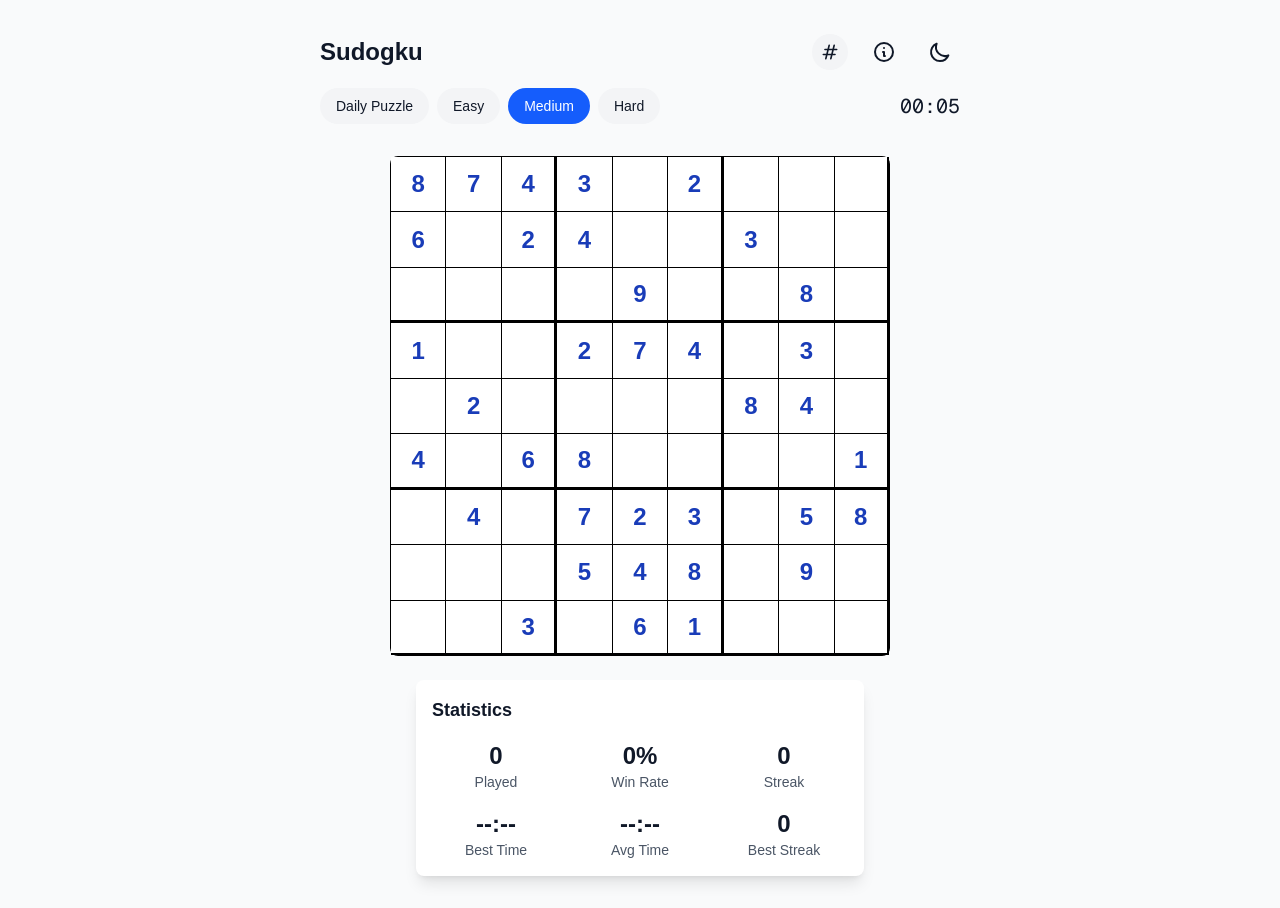
Repository: JavierSilvaF/sudogku
Page: / (app in sudogku-app/)
The author's editor kept a copy of each file at every save. The page is drawn from the files as they stood at one save, then again after the next save.
The browser window is 1280 px wide. The pictures show the whole page.
The project was rebuilt for these pictures with package versions that can differ from the ones it lists, and the page was loaded fresh each time. The framework's server and built-in components were replaced by stand-ins that run in the browser. Also part of the build but not shown: sudogku-app/next.config.mjs, sudogku-app/next.config.ts.

Above is the page before, as saved 2025-04-06 03:22:21.

### sudogku-app/src/app/page.tsx
'use client'

import { ThemeProvider } from 'next-themes'
import { GameProvider } from '@/context/GameContext'
import Header from '@/components/Header'
import GameBoard from '@/components/GameBoard'
import NumberPad from '@/components/NumberPad'
import Victory from '@/components/Victory'
import Stats from '@/components/Stats'

export default function Home() {
  return (
    <ThemeProvider attribute='class'>
      <GameProvider>
        <div className='min-h-screen bg-gray-50 dark:bg-gray-900 text-gray-900 dark:text-gray-50'>
          <div className='max-w-2xl mx-auto px-4 py-8 pb-32 sm:pb-8'>
            <Header />
            <main className='flex flex-col items-center gap-6'>
              <GameBoard />
              <Stats />
            </main>
          </div>
          <NumberPad />
          <Victory />
        </div>
      </GameProvider>
    </ThemeProvider>
  )
}

### sudogku-app/src/context/GameContext.tsx
import {
  createContext,
  useContext,
  useState,
  useEffect,
  ReactNode,
} from 'react'
import { SudokuGenerator, SudokuSolver } from '@/utils/sudoku'
import { generateDailyPuzzle, getDailyPuzzleSeed } from '@/utils/dailyPuzzle'

type GameMode = 'easy' | 'medium' | 'hard'
type CellValue = number | null
type PencilMarks = Set<number>
export type DisplayMode = 'numbers' | 'dogs'

export interface GameStats {
  completedPuzzles: number
  totalTime: number
  averageTime: number
}

export interface GameContextType {
  board: (number | null)[][]
  initialBoard: (number | null)[][]
  solution: (number | null)[][]
  pencilMarks: Map<string, Set<number>>
  gameMode: GameMode
  timer: number
  isComplete: boolean
  isPaused: boolean
  isDailyPuzzle: boolean
  displayMode: DisplayMode
  selectedCell: [number, number] | null
  setSelectedCell: (cell: [number, number] | null) => void
  setGameMode: (mode: GameMode) => void
  setCellValue: (row: number, col: number, value: number | null) => void
  togglePencilMark: (row: number, col: number, value: number) => void
  checkSolution: () => boolean
  revealSolution: () => void
  resetGame: () => void
  switchToDaily: () => void
  switchToRandom: () => void
  toggleDisplayMode: () => void
  isPencilMode: boolean
  togglePencilMode: () => void
  showVictory: boolean
  stats: GameStats
  setShowVictory: (show: boolean) => void
}

const GameContext = createContext<GameContextType | null>(null)

export function GameProvider({ children }: { children: ReactNode }) {
  const [board, setBoard] = useState<(number | null)[][]>(
    Array(9)
      .fill(null)
      .map(() => Array(9).fill(null))
  )
  const [initialBoard, setInitialBoard] = useState<(number | null)[][]>(
    Array(9)
      .fill(null)
      .map(() => Array(9).fill(null))
  )
  const [solution, setSolution] = useState<(number | null)[][]>(
    Array(9)
      .fill(null)
      .map(() => Array(9).fill(null))
  )
  const [pencilMarks, setPencilMarks] = useState<Map<string, Set<number>>>(
    new Map()
  )
  const [gameMode, setGameMode] = useState<GameMode>('medium')
  const [timer, setTimer] = useState(0)
  const [isComplete, setIsComplete] = useState(false)
  const [isPaused, setIsPaused] = useState(false)
  const [isDailyPuzzle, setIsDailyPuzzle] = useState(false)
  const [selectedCell, setSelectedCell] = useState<[number, number] | null>(
    null
  )
  const [displayMode, setDisplayMode] = useState<DisplayMode>('numbers')
  const [isPencilMode, setIsPencilMode] = useState(false)
  const [showVictory, setShowVictory] = useState(false)
  const [stats, setStats] = useState<GameStats>({
    completedPuzzles: 0,
    totalTime: 0,
    averageTime: 0,
  })

  useEffect(() => {
    // Load game state from localStorage
    const savedState = localStorage.getItem('sudogku-game')
    if (savedState) {
      const { board, initialBoard, solution, pencilMarks, gameMode, timer } =
        JSON.parse(savedState)
      setBoard(board)
      setInitialBoard(initialBoard)
      setSolution(solution)
      setPencilMarks(new Map(pencilMarks))
      setGameMode(gameMode)
      setTimer(timer)
    } else {
      generateNewPuzzle(gameMode)
    }
  }, [])

  useEffect(() => {
    let interval: NodeJS.Timeout
    if (!isPaused && !isComplete) {
      interval = setInterval(() => {
        setTimer((prev) => prev + 1)
      }, 1000)
    }
    return () => clearInterval(interval)
  }, [isPaused, isComplete])

  const generateNewPuzzle = (mode: GameMode) => {
    const generator = new SudokuGenerator()
    const { puzzle, solution } = generator.generate(mode)
    setBoard(puzzle)
    setInitialBoard(puzzle)
    setSolution(solution)
    setPencilMarks(new Map())
    setTimer(0)
    setIsComplete(false)
    setIsPaused(false)
  }

  // Check if the puzzle is complete and correct
  const checkPuzzleCompletion = (currentBoard: (number | null)[][]) => {
    // First check if all cells are filled
    if (!SudokuSolver.isSolved(currentBoard)) return false

    // Then check if the solution matches
    for (let row = 0; row < 9; row++) {
      for (let col = 0; col < 9; col++) {
        if (currentBoard[row][col] !== solution[row][col]) {
          return false
        }
      }
    }
    return true
  }

  const setCellValue = (row: number, col: number, value: number | null) => {
    if (initialBoard[row][col] !== null) return

    setBoard((prev) => {
      const newBoard = prev.map((r) => [...r])
      newBoard[row][col] = value

      // Check if puzzle is complete with the new board state
      if (checkPuzzleCompletion(newBoard)) {
        setIsComplete(true)
        setShowVictory(true)
        updateStats()
      }

      return newBoard
    })

    // Remove pencil marks for this cell
    if (value !== null) {
      setPencilMarks((prev) => {
        const next = new Map(prev)
        next.delete(`${row}-${col}`)
        return next
      })
    }
  }

  const togglePencilMark = (row: number, col: number, value: number) => {
    if (initialBoard[row][col] !== null || board[row][col] !== null) return

    setPencilMarks((prev) => {
      const next = new Map(prev)
      const key = `${row}-${col}`
      const currentMarks = prev.get(key) || new Set()
      if (currentMarks.has(value)) {
        currentMarks.delete(value)
      } else {
        currentMarks.add(value)
      }
      next.set(key, currentMarks)
      return next
    })
  }

  const checkSolution = () => {
    return checkPuzzleCompletion(board)
  }

  const revealSolution = () => {
    setBoard(solution.map((row) => [...row]))
    setIsComplete(true)
    updateStats(false)
  }

  const resetGame = () => {
    setBoard(initialBoard.map((row) => [...row]))
    setPencilMarks(new Map())
    setTimer(0)
    setIsComplete(false)
    setIsPaused(false)
  }

  const updateStats = (won: boolean = true) => {
    const savedStats = localStorage.getItem('sudogku-stats')
    const stats = savedStats
      ? JSON.parse(savedStats)
      : {
          gamesPlayed: 0,
          gamesWon: 0,
          currentStreak: 0,
          bestStreak: 0,
          averageTime: 0,
          bestTime: 0,
        }

    stats.gamesPlayed++
    if (won) {
      stats.gamesWon++
      stats.currentStreak++
      stats.bestStreak = Math.max(stats.bestStreak, stats.currentStreak)
      stats.bestTime =
        stats.bestTime === 0 ? timer : Math.min(stats.bestTime, timer)
      stats.averageTime = Math.round(
        (stats.averageTime * (stats.gamesWon - 1) + timer) / stats.gamesWon
      )
    } else {
      stats.currentStreak = 0
    }

    localStorage.setItem('sudogku-stats', JSON.stringify(stats))
  }

  // Save game state to localStorage whenever it changes
  useEffect(() => {
    localStorage.setItem(
      'sudogku-game',
      JSON.stringify({
        board,
        initialBoard,
        solution,
        pencilMarks: Array.from(pencilMarks.entries()),
        gameMode,
        timer,
      })
    )
  }, [board, initialBoard, solution, pencilMarks, gameMode, timer])

  const switchToDaily = () => {
    const lastPlayedDaily = localStorage.getItem('sudogku-last-daily')
    const currentSeed = getDailyPuzzleSeed()

    if (lastPlayedDaily === currentSeed) {
      // Load saved daily progress
      const savedDaily = localStorage.getItem('sudogku-daily-progress')
      if (savedDaily) {
        const { board, solution } = JSON.parse(savedDaily)
        setBoard(board)
        setSolution(solution)
        setInitialBoard(board)
        return
      }
    }

    // Generate new daily puzzle
    const { puzzle, solution } = generateDailyPuzzle()
    setBoard(puzzle)
    setInitialBoard(puzzle)
    setSolution(solution)
    setPencilMarks(new Map())
    setTimer(0)
    setIsComplete(false)
    setIsPaused(false)
    setIsDailyPuzzle(true)

    localStorage.setItem('sudogku-last-daily', currentSeed)
    localStorage.setItem(
      'sudogku-daily-progress',
      JSON.stringify({ board: puzzle, solution })
    )
  }

  const switchToRandom = () => {
    setIsDailyPuzzle(false)
    generateNewPuzzle(gameMode)
  }

  const toggleDisplayMode = () => {
    setDisplayMode((prev) => (prev === 'numbers' ? 'dogs' : 'numbers'))
  }

  const togglePencilMode = () => {
    setIsPencilMode((prev) => !prev)
  }

  const value: GameContextType = {
    board,
    initialBoard,
    solution,
    pencilMarks,
    gameMode,
    timer,
    isComplete,
    isPaused,
    isDailyPuzzle,
    displayMode,
    selectedCell,
    setSelectedCell,
    setGameMode,
    setCellValue,
    togglePencilMark,
    checkSolution,
    revealSolution,
    resetGame,
    switchToDaily,
    switchToRandom,
    toggleDisplayMode,
    isPencilMode,
    togglePencilMode,
    showVictory,
    stats,
    setShowVictory,
  }

  return <GameContext.Provider value={value}>{children}</GameContext.Provider>
}

export function useGame() {
  const context = useContext(GameContext)
  if (!context) {
    throw new Error('useGame must be used within a GameProvider')
  }
  return context
}

### sudogku-app/src/components/NumberPad.tsx
import { motion } from 'framer-motion'
import { useGame } from '@/context/GameContext'
import { DogImage } from '@/utils/dogImages'

export default function NumberPad() {
  const {
    selectedCell,
    setCellValue,
    togglePencilMark,
    isPencilMode,
    displayMode,
  } = useGame()

  const handleNumberClick = (number: number) => {
    if (!selectedCell) return

    if (isPencilMode) {
      togglePencilMark(selectedCell[0], selectedCell[1], number)
    } else {
      setCellValue(selectedCell[0], selectedCell[1], number)
    }
  }

  const handleErase = () => {
    if (!selectedCell) return
    setCellValue(selectedCell[0], selectedCell[1], null)
  }

  return (
    <div className='fixed bottom-0 left-0 right-0 bg-white dark:bg-gray-800 p-4 shadow-lg sm:hidden'>
      <div className='max-w-md mx-auto'>
        <div className='grid grid-cols-5 gap-2 mb-4'>
          {[1, 2, 3, 4, 5, 6, 7, 8, 9].map((number) => (
            <motion.button
              key={number}
              className='aspect-square w-full flex items-center justify-center bg-gray-100 dark:bg-gray-700 rounded-lg'
              onClick={() => handleNumberClick(number)}
              whileTap={{ scale: 0.95 }}
            >
              {displayMode === 'dogs' ? (
                <div className='w-full h-full flex items-center justify-center'>
                  <DogImage number={number} />
                </div>
              ) : (
                <span className='text-xl font-bold'>{number}</span>
              )}
            </motion.button>
          ))}
        </div>

        <div className='flex justify-center gap-2'>
          <motion.button
            className={`px-4 py-2 rounded-lg flex items-center gap-2 ${
              isPencilMode
                ? 'bg-blue-600 text-white'
                : 'bg-gray-100 dark:bg-gray-700'
            }`}
            onClick={() => {}}
            whileTap={{ scale: 0.95 }}
          >
            <svg
              className='w-5 h-5'
              fill='none'
              stroke='currentColor'
              viewBox='0 0 24 24'
            >
              <path
                strokeLinecap='round'
                strokeLinejoin='round'
                strokeWidth={2}
                d='M15.232 5.232l3.536 3.536m-2.036-5.036a2.5 2.5 0 113.536 3.536L6.5 21.036H3v-3.572L16.732 3.732z'
              />
            </svg>
            Pencil
          </motion.button>
          <motion.button
            className='px-4 py-2 rounded-lg bg-red-500 text-white font-medium flex items-center gap-2'
            onClick={handleErase}
            whileTap={{ scale: 0.95 }}
          >
            <svg
              className='w-5 h-5'
              fill='none'
              stroke='currentColor'
              viewBox='0 0 24 24'
            >
              <path
                strokeLinecap='round'
                strokeLinejoin='round'
                strokeWidth={2}
                d='M19 7l-.867 12.142A2 2 0 0116.138 21H7.862a2 2 0 01-1.995-1.858L5 7m5 4v6m4-6v6m1-10V4a1 1 0 00-1-1h-4a1 1 0 00-1 1v3M4 7h16'
              />
            </svg>
            Erase
          </motion.button>
        </div>
      </div>
    </div>
  )
}

### sudogku-app/src/components/Victory.tsx
import { motion, AnimatePresence } from 'framer-motion'
import { useGame } from '@/context/GameContext'
import { useState } from 'react'
import { DogImage } from '@/utils/dogImages'

export default function Victory() {
  const {
    board,
    solution,
    displayMode,
    timer,
    resetGame,
    showVictory,
    setShowVictory,
  } = useGame()
  const [showResults, setShowResults] = useState(false)

  const handleViewResults = () => {
    setShowResults(true)
    setTimeout(() => {
      setShowVictory(false)
    }, 300)
  }

  const formatTime = (seconds: number) => {
    const mins = Math.floor(seconds / 60)
    const secs = seconds % 60
    return `${mins}:${secs.toString().padStart(2, '0')}`
  }

  return (
    <AnimatePresence>
      {showVictory && !showResults && (
        <motion.div
          initial={{ opacity: 0 }}
          animate={{ opacity: 1 }}
          exit={{ opacity: 0 }}
          className='fixed inset-0 bg-black bg-opacity-50 flex items-center justify-center z-50 p-4'
        >
          <motion.div
            initial={{ scale: 0.9, opacity: 0 }}
            animate={{ scale: 1, opacity: 1 }}
            exit={{ scale: 0.9, opacity: 0 }}
            className='bg-white dark:bg-gray-800 rounded-lg p-6 max-w-md w-full shadow-xl'
          >
            <h2 className='text-2xl font-bold text-center mb-4'>
              Puzzle Complete!
            </h2>
            <p className='text-center mb-6'>
              Congratulations! You've completed the puzzle in{' '}
              {formatTime(timer)}.
            </p>

            <div className='flex flex-col gap-4'>
              <motion.button
                className='w-full p-4 bg-blue-500 text-white rounded-lg shadow-md'
                onClick={handleViewResults}
                whileTap={{ scale: 0.95 }}
              >
                View Results
              </motion.button>
              <motion.button
                className='w-full p-4 bg-gray-200 dark:bg-gray-700 rounded-lg shadow-md'
                onClick={resetGame}
                whileTap={{ scale: 0.95 }}
              >
                Play Again
              </motion.button>
            </div>
          </motion.div>
        </motion.div>
      )}
    </AnimatePresence>
  )
}

### sudogku-app/src/components/Stats.tsx
import { useState, useEffect } from 'react'
import { motion } from 'framer-motion'

interface Statistics {
  gamesPlayed: number
  gamesWon: number
  currentStreak: number
  bestStreak: number
  averageTime: number
  bestTime: number
}

export default function Stats() {
  const [stats, setStats] = useState<Statistics>({
    gamesPlayed: 0,
    gamesWon: 0,
    currentStreak: 0,
    bestStreak: 0,
    averageTime: 0,
    bestTime: 0,
  })

  useEffect(() => {
    // Load stats from localStorage
    const savedStats = localStorage.getItem('sudogku-stats')
    if (savedStats) {
      setStats(JSON.parse(savedStats))
    }
  }, [])

  const formatTime = (seconds: number) => {
    if (seconds === 0) return '--:--'
    const mins = Math.floor(seconds / 60)
    const secs = seconds % 60
    return `${mins.toString().padStart(2, '0')}:${secs
      .toString()
      .padStart(2, '0')}`
  }

  return (
    <motion.div
      initial={{ opacity: 0 }}
      animate={{ opacity: 1 }}
      className='w-full max-w-md bg-white dark:bg-gray-800 rounded-lg p-4 shadow-lg'
    >
      <h2 className='text-lg font-bold mb-4'>Statistics</h2>
      <div className='grid grid-cols-2 sm:grid-cols-3 gap-4'>
        <div className='text-center'>
          <div className='text-2xl font-bold'>{stats.gamesPlayed}</div>
          <div className='text-sm text-gray-600 dark:text-gray-400'>Played</div>
        </div>
        <div className='text-center'>
          <div className='text-2xl font-bold'>
            {stats.gamesPlayed
              ? Math.round((stats.gamesWon / stats.gamesPlayed) * 100)
              : 0}
            %
          </div>
          <div className='text-sm text-gray-600 dark:text-gray-400'>
            Win Rate
          </div>
        </div>
        <div className='text-center'>
          <div className='text-2xl font-bold'>{stats.currentStreak}</div>
          <div className='text-sm text-gray-600 dark:text-gray-400'>Streak</div>
        </div>
        <div className='text-center'>
          <div className='text-2xl font-bold'>{formatTime(stats.bestTime)}</div>
          <div className='text-sm text-gray-600 dark:text-gray-400'>
            Best Time
          </div>
        </div>
        <div className='text-center'>
          <div className='text-2xl font-bold'>
            {formatTime(stats.averageTime)}
          </div>
          <div className='text-sm text-gray-600 dark:text-gray-400'>
            Avg Time
          </div>
        </div>
        <div className='text-center'>
          <div className='text-2xl font-bold'>{stats.bestStreak}</div>
          <div className='text-sm text-gray-600 dark:text-gray-400'>
            Best Streak
          </div>
        </div>
      </div>
    </motion.div>
  )
}

### sudogku-app/src/utils/dailyPuzzle.ts
import { SudokuGenerator, Grid } from './sudoku';
import seedrandom from 'seedrandom';

export function getDailyPuzzleSeed() {
  const now = new Date();
  const year = now.getUTCFullYear();
  const month = now.getUTCMonth();
  const day = now.getUTCDate();
  return `${year}-${month}-${day}`;
}

export function generateDailyPuzzle(): { puzzle: Grid, solution: Grid } {
  const seed = getDailyPuzzleSeed();
  const generator = new SudokuGenerator();

  // Use the seed to generate a deterministic puzzle
  const seedNumber = Array.from(seed).reduce((acc, char) => acc + char.charCodeAt(0), 0);
  seedrandom(seedNumber.toString());

  return generator.generate('medium');
}

### sudogku-app/src/utils/dogImages.tsx
import Image from 'next/image'

// Map numbers to dog image paths
export const dogImages = {
  1: '/images/dogs/dog1.png',
  2: '/images/dogs/dog2.png',
  3: '/images/dogs/dog3.png',
  4: '/images/dogs/dog4.png',
  5: '/images/dogs/dog5.png',
  6: '/images/dogs/dog6.png',
  7: '/images/dogs/dog7.png',
  8: '/images/dogs/dog8.png',
  9: '/images/dogs/dog9.png',
}

// Component to display a dog image for a number
export function DogImage({ number, size }: { number: number; size?: number }) {
  return (
    <div className='relative w-full h-full'>
      <Image
        src={dogImages[number as keyof typeof dogImages]}
        alt={`Dog ${number}`}
        fill
        style={{ objectFit: 'contain' }}
        className='p-1'
      />
    </div>
  )
}

Loaded but not shown: sudogku-app/src/app/layout.tsx (common file); sudogku-app/src/app/globals.css (common file); sudogku-app/src/components/GameBoard.tsx (206 lines, source omitted); sudogku-app/src/components/Header.tsx (185 lines, source omitted); sudogku-app/src/utils/sudoku.ts (138 lines, source omitted)

After the next save:
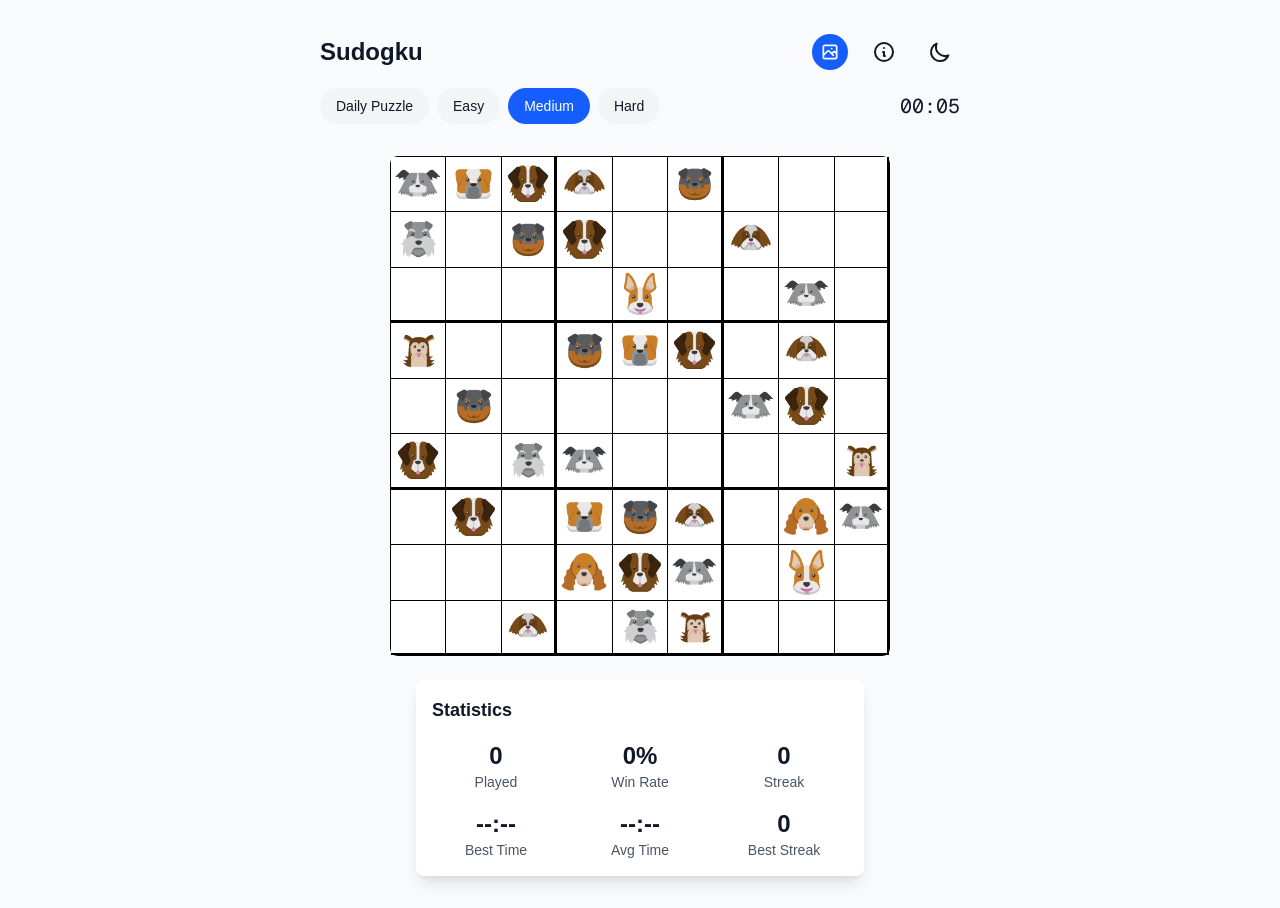
Saved 40 s later.
--- a/sudogku-app/src/context/GameContext.tsx
+++ b/sudogku-app/src/context/GameContext.tsx
@@ -77,7 +77,7 @@ export function GameProvider({ children }: { children: ReactNode }) {
   const [selectedCell, setSelectedCell] = useState<[number, number] | null>(
     null
   )
-  const [displayMode, setDisplayMode] = useState<DisplayMode>('numbers')
+  const [displayMode, setDisplayMode] = useState<DisplayMode>('dogs')
   const [isPencilMode, setIsPencilMode] = useState(false)
   const [showVictory, setShowVictory] = useState(false)
   const [stats, setStats] = useState<GameStats>({
